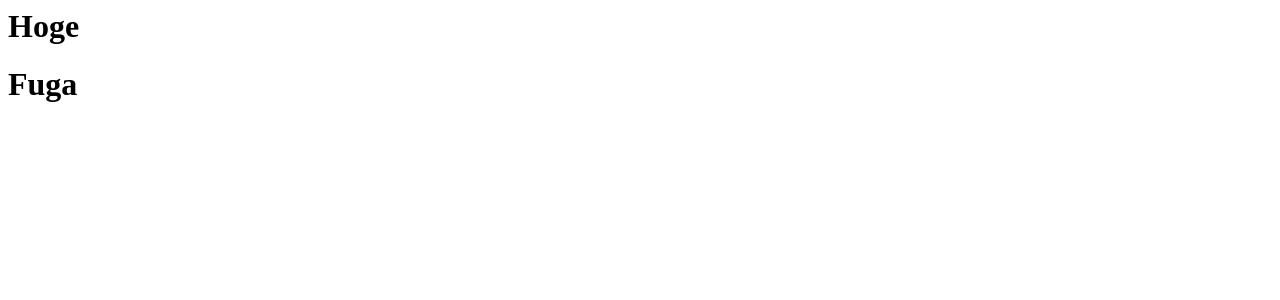
Repository: slowmoter1/samurai_HTML-CSS
Page: Test1/hoge.html
The author's editor kept a record of every edit. The page is drawn from the files as they stood at one moment, then again after the next edit.
The browser window is 1280 px wide. The pictures show the whole page.

Above is the page before.

### Test1/hoge.html
<html lang="ja">
    <head>
        <style>
            #grid {
                display: grid;
                align-template-columns: 200px 200px;
            }
        </style>
    </head>
    <body>
        <div id="flex-end">
            <h1>Hoge</h1>
            <h1>Fuga</h1>
        </div>
    </body>
</html>

After the next edit:
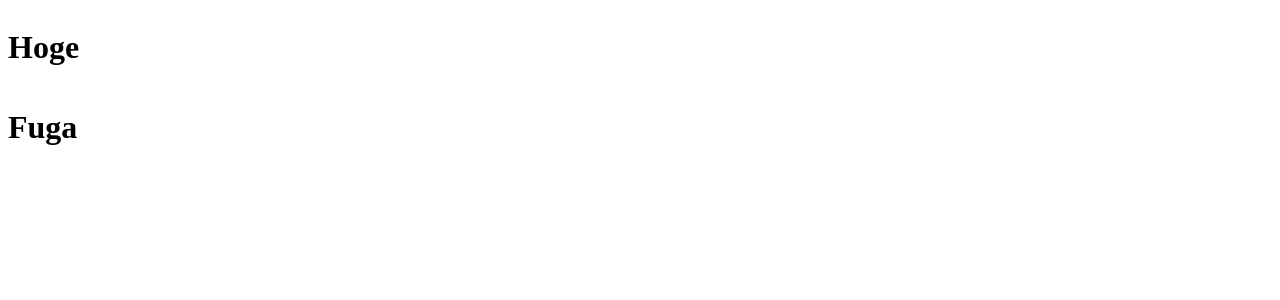
The edit:
--- a/Test1/hoge.html
+++ b/Test1/hoge.html
@@ -8,7 +8,7 @@
         </style>
     </head>
     <body>
-        <div id="flex-end">
+        <div id="grid">
             <h1>Hoge</h1>
             <h1>Fuga</h1>
         </div>
